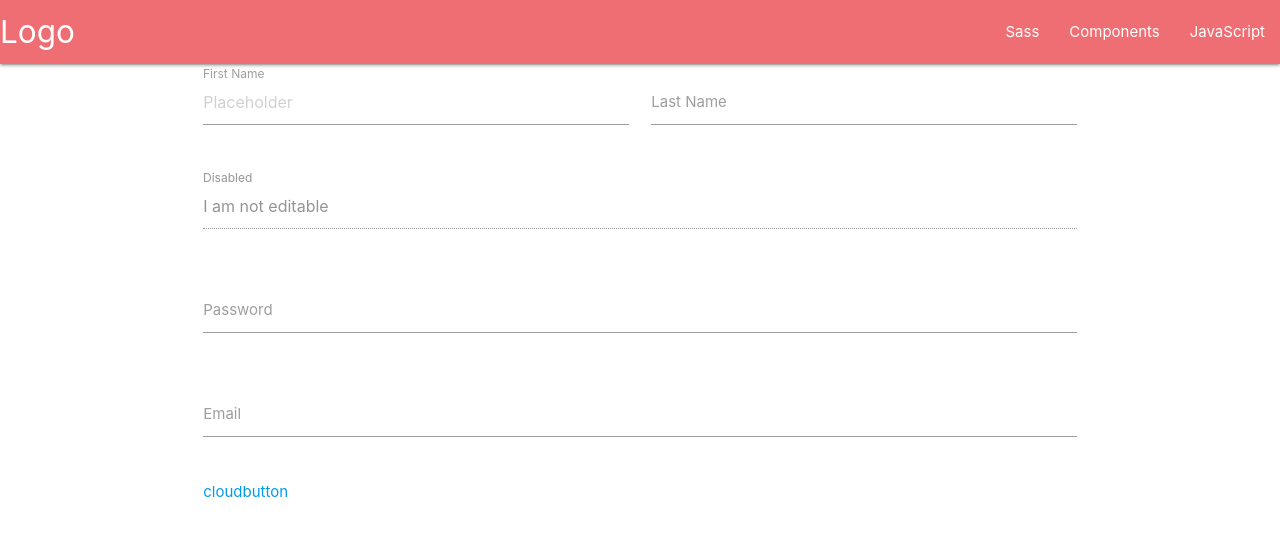
Repository: RavinakS/signup-page-html-js
Page: index.html
The author's editor kept a copy of each file at every save. The page is drawn from the files as they stood at one save, then again after the next save.
The browser window is 1280 px wide. The pictures show the whole page.

Above is the page before, as saved 2021-12-13 11:19:12.

### index.html
<!DOCTYPE html>
<html lang="en">
<head>
    <meta charset="UTF-8">
    <meta http-equiv="X-UA-Compatible" content="IE=edge">
    <meta name="viewport" content="width=device-width, initial-scale=1.0">

    <title>Document</title>
    <link href="https://fonts.googleapis.com/icon?family=Material+Icons" rel="stylesheet">
    <link rel="stylesheet" href="https://cdnjs.cloudflare.com/ajax/libs/materialize/1.0.0/css/materialize.min.css">
    <script src="https://cdnjs.cloudflare.com/ajax/libs/materialize/1.0.0/js/materialize.min.js"></script>

</head>
<body>
    <nav>
        <div class="nav-wrapper">
          <a href="#" class="brand-logo">Logo</a>
          <ul id="nav-mobile" class="right hide-on-med-and-down">
            <li><a href="sass.html">Sass</a></li>
            <li><a href="badges.html">Components</a></li>
            <li><a href="collapsible.html">JavaScript</a></li>
          </ul>
        </div>
      </nav>
    <div class="container">
        <div class="row">
            <form class="col s12">
              <div class="row">
                <div class="input-field col s6">
                  <input placeholder="Placeholder" id="first_name" type="text" class="validate">
                  <label for="first_name">First Name</label>
                </div>
                <div class="input-field col s6">
                  <input id="last_name" type="text" class="validate">
                  <label for="last_name">Last Name</label>
                </div>
              </div>
              <div class="row">
                <div class="input-field col s12">
                  <input disabled value="I am not editable" id="disabled" type="text" class="validate">
                  <label for="disabled">Disabled</label>
                </div>
              </div>
              <div class="row">
                <div class="input-field col s12">
                  <input id="password" type="password" class="validate">
                  <label for="password">Password</label>
                </div>
              </div>
              <div class="row">
                <div class="input-field col s12">
                  <input id="email" type="email" class="validate">
                  <label for="email">Email</label>
                </div>
              </div>
              <a class="waves-effect waves-light btn-large><i class="material-icons right">cloud</i>button</a>
            </form>
          </div>
    </div>
</body>
</html>

After the next save:
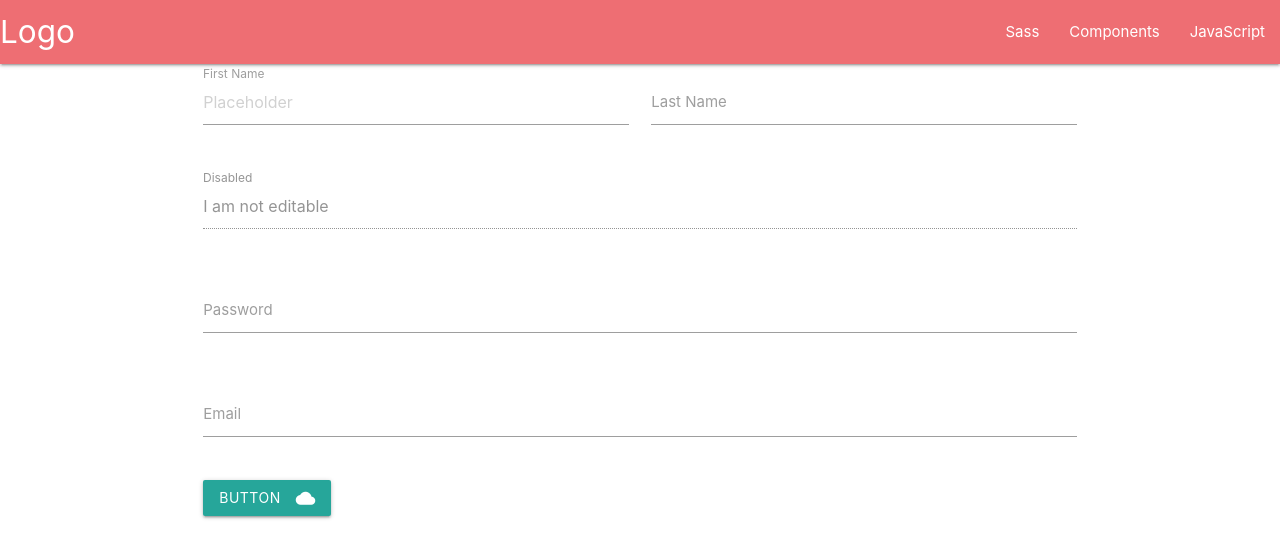
Saved 10 s later.
--- a/index.html
+++ b/index.html
@@ -53,7 +53,7 @@
                   <label for="email">Email</label>
                 </div>
               </div>
-              <a class="waves-effect waves-light btn-large><i class="material-icons right">cloud</i>button</a>
+              <a class="waves-effect waves-light btn"><i class="material-icons right">cloud</i>button</a>
             </form>
           </div>
     </div>
